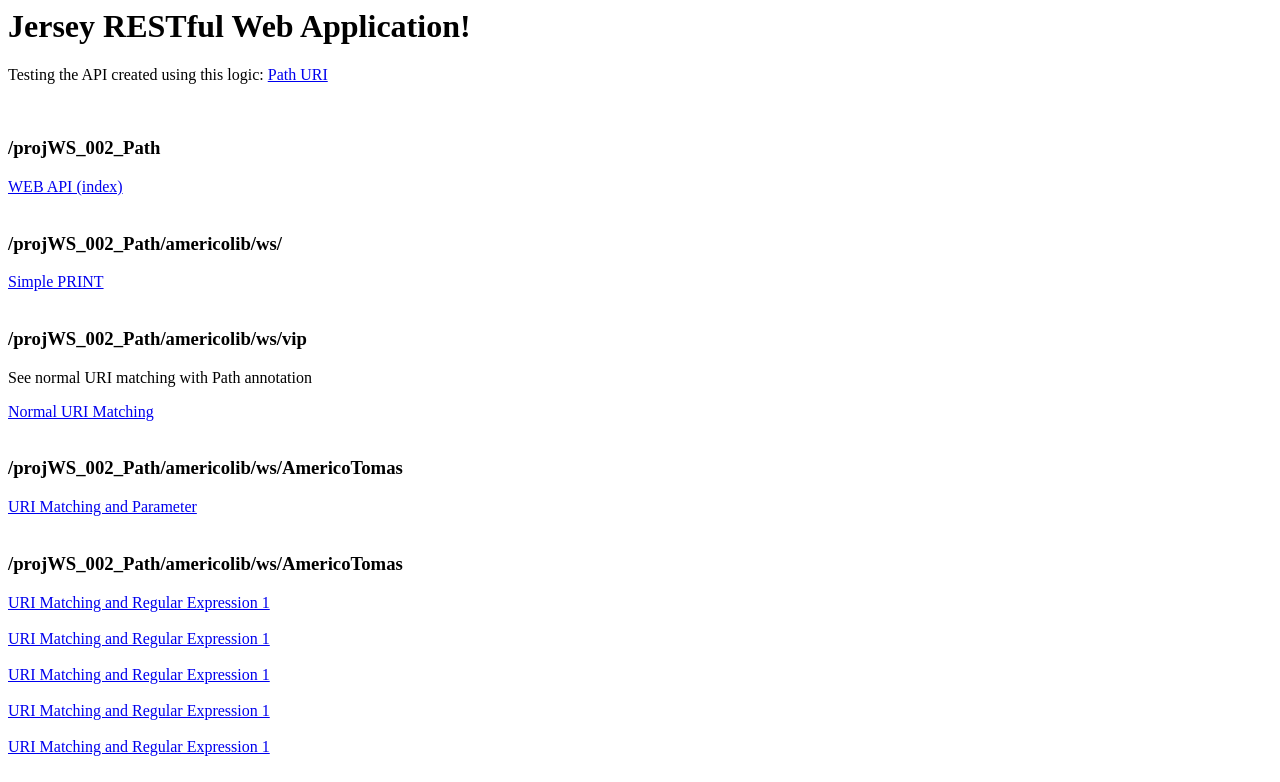
Repository: atafs/BackEnd_JAX-RS_REST_2continue
Page: http://localhost/projWS_002_Path/
These files come from the project's save history. The page is drawn as it stood at one moment and after the next save; the edit follows.
The browser window is 1280 px wide. The pictures show the whole page.
The page is served by Tomcat 9.

Above is the page before, as saved 2016-05-02 11:22:55.

After the next save:
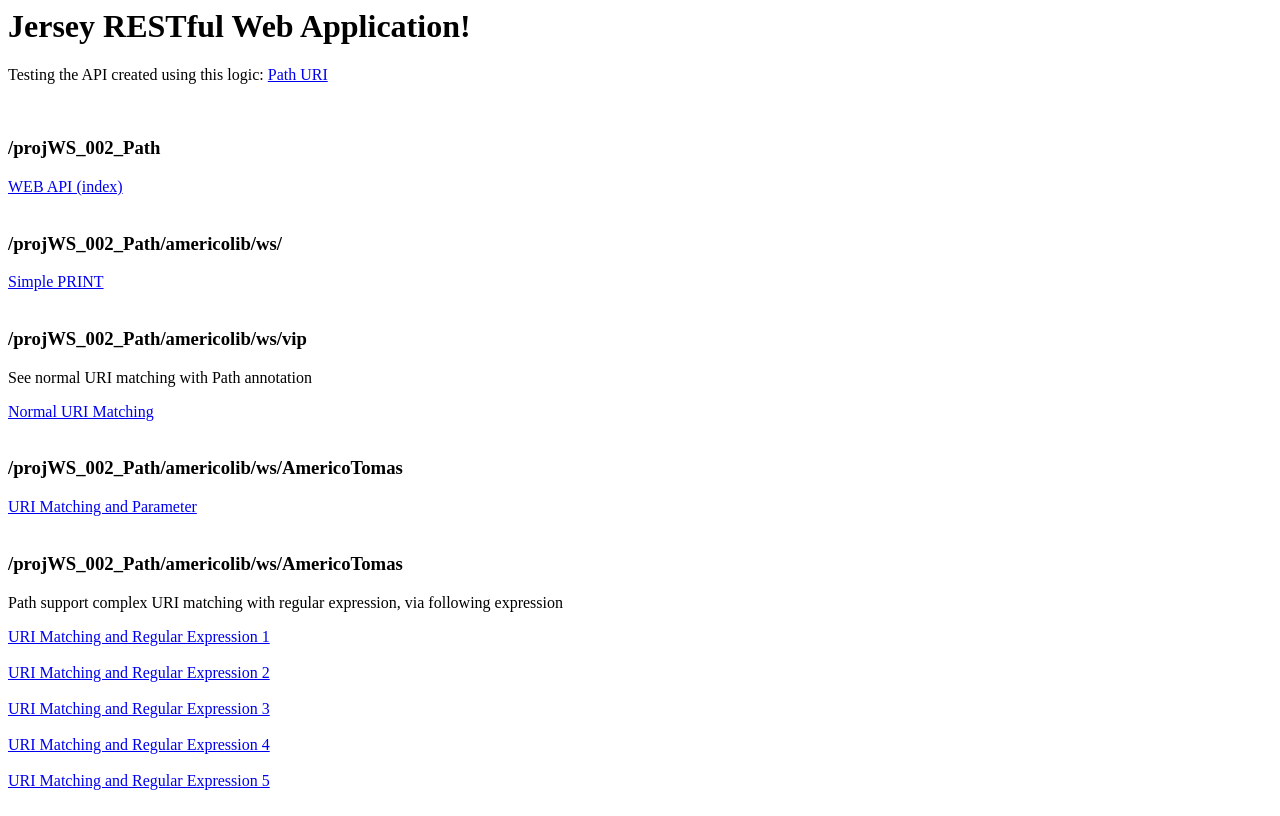
Saved 59 s later.
--- a/projWS_002_Path/src/main/webapp/index.jsp
+++ b/projWS_002_Path/src/main/webapp/index.jsp
@@ -24,11 +24,12 @@
 	<a href="http://localhost:8085/projWS_002_Path/americolib/ws/AmericoTomas">URI Matching and Parameter</a><br/><br/>
 
 	<h3>/projWS_002_Path/americolib/ws/AmericoTomas</h3>
+	<p>Path support complex URI matching with regular expression, via following expression</p>
 	<a href="http://localhost:8085/projWS_002_Path/americolib/ws/999">URI Matching and Regular Expression 1</a><br/><br/>
-	<a href="http://localhost:8085/projWS_002_Path/americolib/ws/123456">URI Matching and Regular Expression 1</a><br/><br/>
-	<a href="http://localhost:8085/projWS_002_Path/americolib/ws/username/aaa">URI Matching and Regular Expression 1</a><br/><br/>
-	<a href="http://localhost:8085/projWS_002_Path/americolib/ws/username/a9">URI Matching and Regular Expression 1</a><br/><br/>
-	<a href="http://localhost:8085/projWS_002_Path/americolib/ws/books/999">URI Matching and Regular Expression 1</a><br/><br/>
+	<a href="http://localhost:8085/projWS_002_Path/americolib/ws/123456">URI Matching and Regular Expression 2</a><br/><br/>
+	<a href="http://localhost:8085/projWS_002_Path/americolib/ws/username/aaa">URI Matching and Regular Expression 3</a><br/><br/>
+	<a href="http://localhost:8085/projWS_002_Path/americolib/ws/username/a9">URI Matching and Regular Expression 4</a><br/><br/>
+	<a href="http://localhost:8085/projWS_002_Path/americolib/ws/books/999">URI Matching and Regular Expression 5</a><br/><br/>
 
 
 </body>
